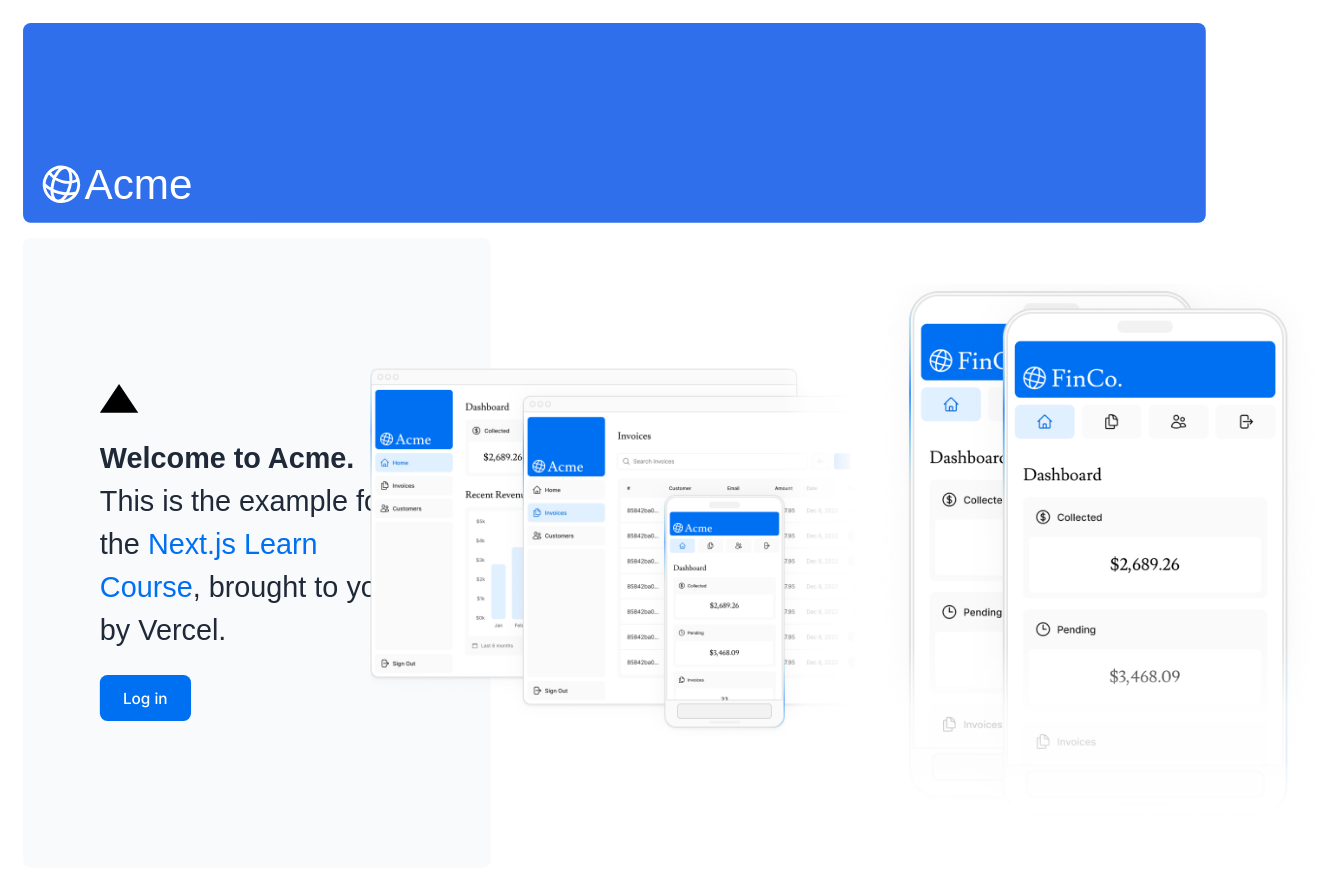
Repository: dev1siWoo/nextjs-dashboard
Page: /
The author's editor kept a copy of each file at every save. The page is drawn from the files as they stood at one save, then again after the next save.
The browser window is 1280 px wide. The page is 1397 px wide, then 1280 px, then 1397 px, so the pictures cover 1397 px, including what lies to the right of the window. The pictures show the whole page, at 96% of full size.
Some web fonts or font styles are not loaded; a fallback is used. The project was rebuilt for these pictures with package versions that can differ from the ones it lists, and the page was loaded fresh each time. The framework's server and built-in components were replaced by stand-ins that run in the browser. Also part of the build but not shown: next.config.js.

Above is the page before, as saved 2023-10-27 19:00:30.

### app/layout.tsx
import "./ui/global.css"

import { inter } from "./ui/fonts"

export default function RootLayout({
	children,
}: {
	children: React.ReactNode
}) {
	return (
		<html lang='en'>
			<body className={`${inter.className} antialiased`}>{children}</body>
		</html>
	)
}

### app/page.tsx
import AcmeLogo from "@/app/ui/acme-logo"
import styles from "./ui/home.module.css"
import Link from "next/link"
import { lusitana } from "./ui/fonts"
import Image from "next/image"
export default function Page() {
	return (
		<main className={'flex min-h-screen flex-col p-6'}>
			<div className='flex h-20 shrink-0 items-end rounded-lg bg-blue-600 p-4 md:h-52'>{<AcmeLogo />}</div>
			<div className='mt-4 flex grow flex-col gap-4 md:flex-row'>
				<div className='flex flex-col justify-center gap-6 rounded-lg bg-gray-50 px-6 py-10 md:w-2/5 md:px-20'>
					<div className={styles.shape} />
					<p
						className={`text-xl text-gray-800 md:text-3xl md:leading-normal ${lusitana.className}`}
					>
						<strong>Welcome to Acme.</strong> This is the example
						for the{" "}
						<a
							href='https://nextjs.org/learn/'
							className='text-blue-500'
						>
							Next.js Learn Course
						</a>
						, brought to you by Vercel.
					</p>
					<Link
						href='/login'
						className='flex items-center gap-5 self-start rounded-lg bg-blue-500 px-6 py-3 text-sm font-medium text-white transition-colors hover:bg-blue-400 md:text-base'
					>
						<span>Log in</span>
					</Link>
				</div>
				<div className='flex items-center justify-center p-6 md:w-3/5 md:px-28 md:py-12'>
					<Image
						src='/hero-desktop.png'
						width={1000}
						height={760}
						className='hidden md:block'
						alt='Screenshots of the dashboard project showing desktop and mobile versions'
					/>
          <Image
						src='/hero-mobile.png'
						width={560}
						height={620}
						className=''
						alt='Screenshots of the dashboard project showing desktop and mobile versions'
					/>
				</div>
			</div>
		</main>
	)
}

### app/ui/fonts.ts
import { Inter, Lusitana } from "next/font/google"

export const inter = Inter({ subsets: ["latin"] })
export const lusitana = Lusitana({
	weight: ["400", "700"],
	subsets: ["latin"],
})

Loaded but not shown: app/ui/global.css (common file); app/ui/acme-logo.tsx (common file); app/ui/home.module.css (common file); tailwind.config.ts (common file)

After the next save:
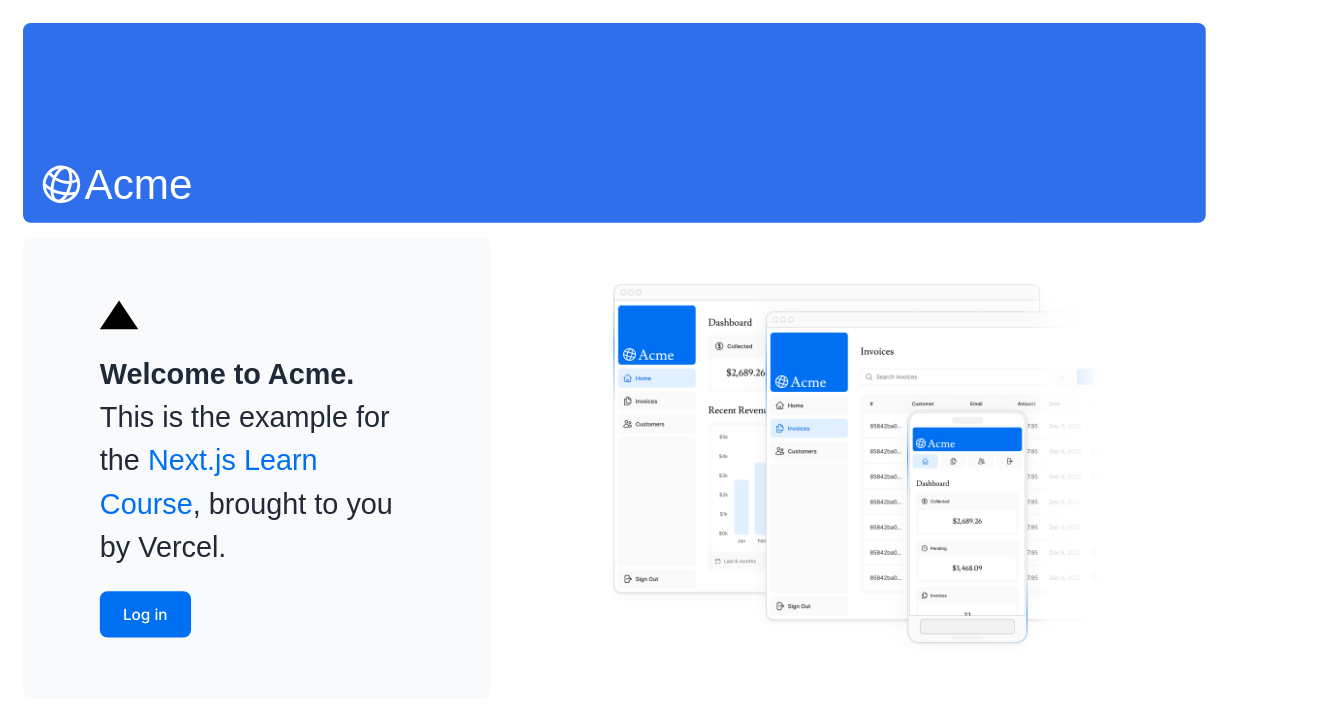
Saved 13 s later.
--- a/app/page.tsx
+++ b/app/page.tsx
@@ -42,7 +42,7 @@
 						src='/hero-mobile.png'
 						width={560}
 						height={620}
-						className=''
+						className='hidden md'
 						alt='Screenshots of the dashboard project showing desktop and mobile versions'
 					/>
 				</div>

After the 5 saves that followed:
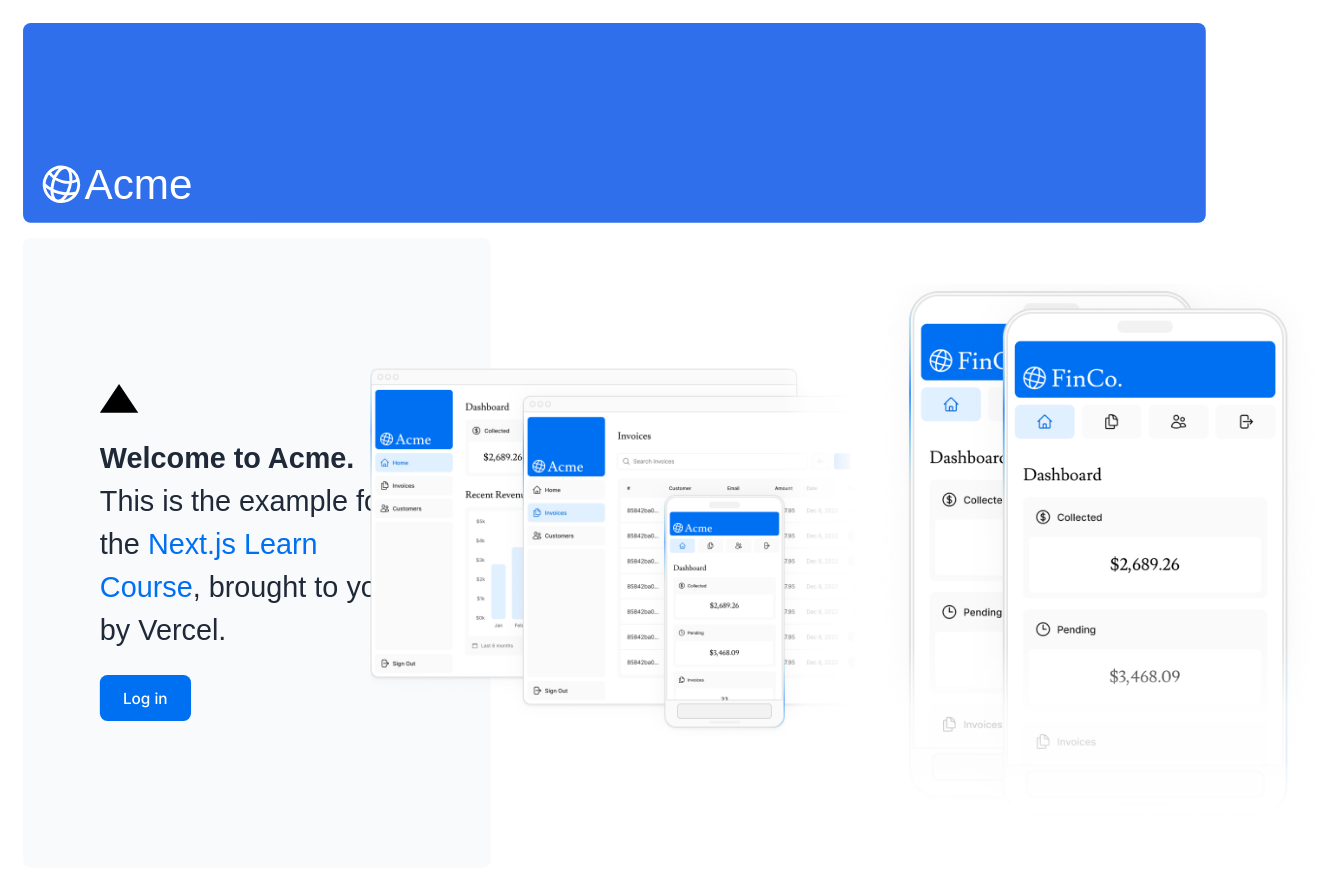
The 5 saves are shown as one change because 3 left the picture as it was and some came seconds apart.
The last was saved 50 s later.
--- a/app/page.tsx
+++ b/app/page.tsx
@@ -42,7 +42,7 @@
 						src='/hero-mobile.png'
 						width={560}
 						height={620}
-						className='hidden md'
+						className=''
 						alt='Screenshots of the dashboard project showing desktop and mobile versions'
 					/>
 				</div>
